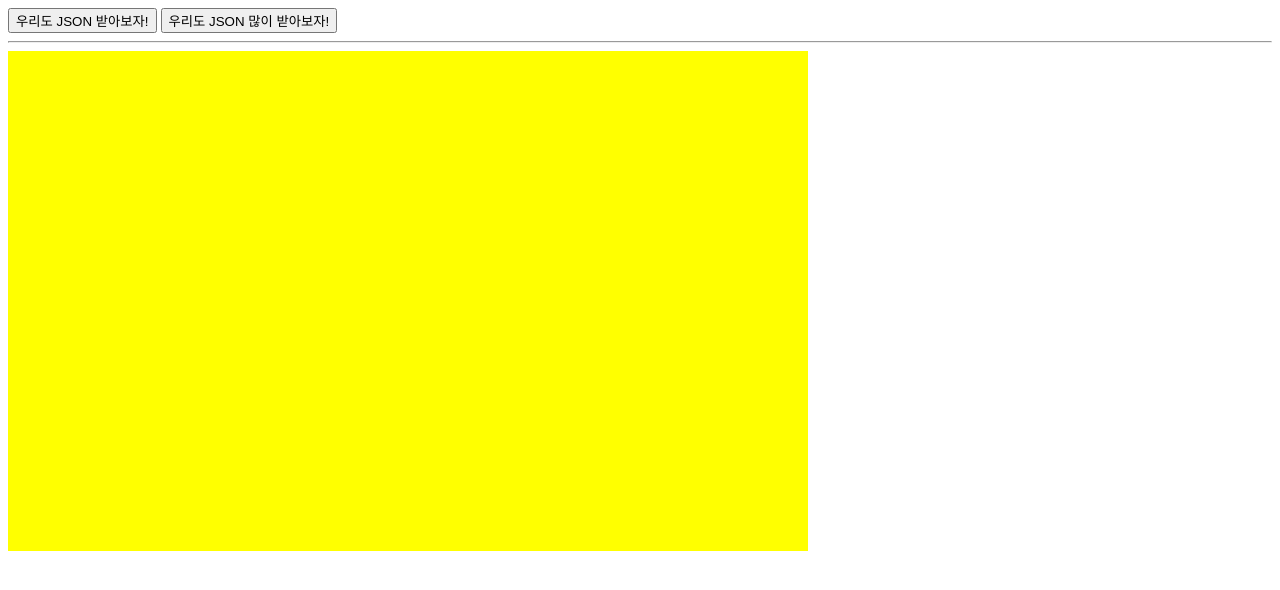
Repository: JayMon0327/Multicampus
Page: http://localhost/spring03/rest2.jsp
An editor plug-in stored every save of this project. The page is shown before and after the next save, followed by the edit.
The browser window is 1280 px wide. The pictures show the whole page.
The page is served by Tomcat 9. Nobody is signed in. The application's start-up code is not run.

Above is the page before, as saved 2022-12-09 01:32:46.

After the next save:
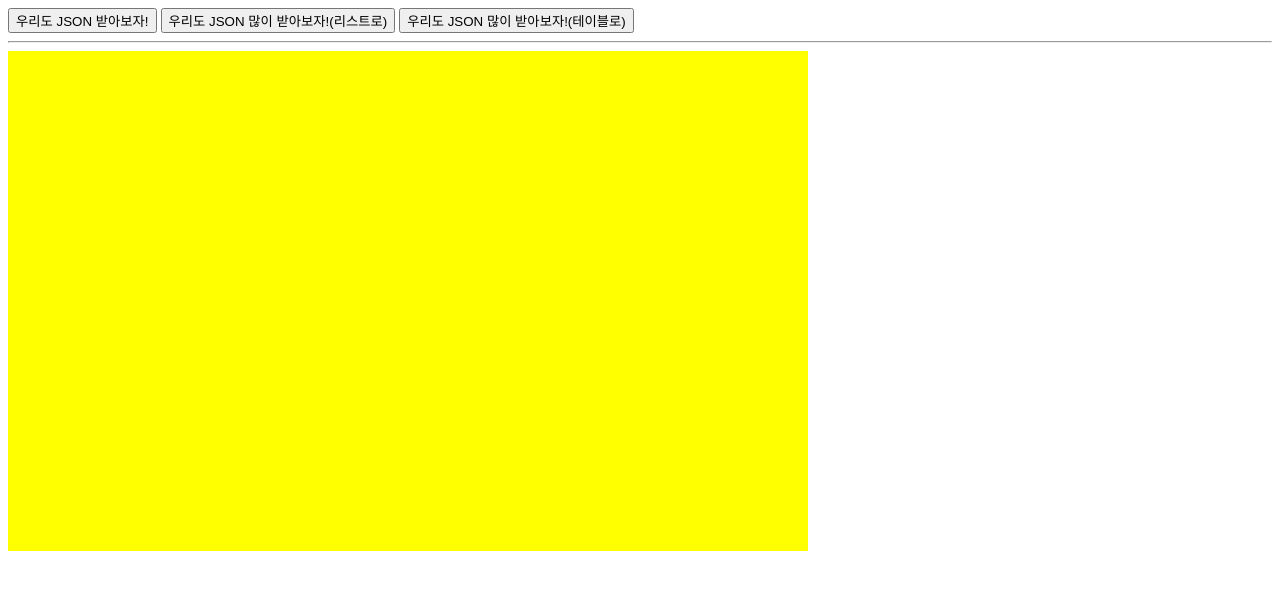
Saved 82 s later.
--- a/spring03/src/main/webapp/rest2.jsp
+++ b/spring03/src/main/webapp/rest2.jsp
@@ -45,7 +45,8 @@
 </head>
 <body>
 <button id="b1">우리도 JSON 받아보자!</button>
-<button id="b2">우리도 JSON 많이 받아보자!</button>
+<button id="b2">우리도 JSON 많이 받아보자!(리스트로)</button>
+<button id="b3">우리도 JSON 많이 받아보자!(테이블로)</button>
 <hr>
 <div id="d1" style="background: yellow; width: 800px; height: 500px;"></div>
 </body>
